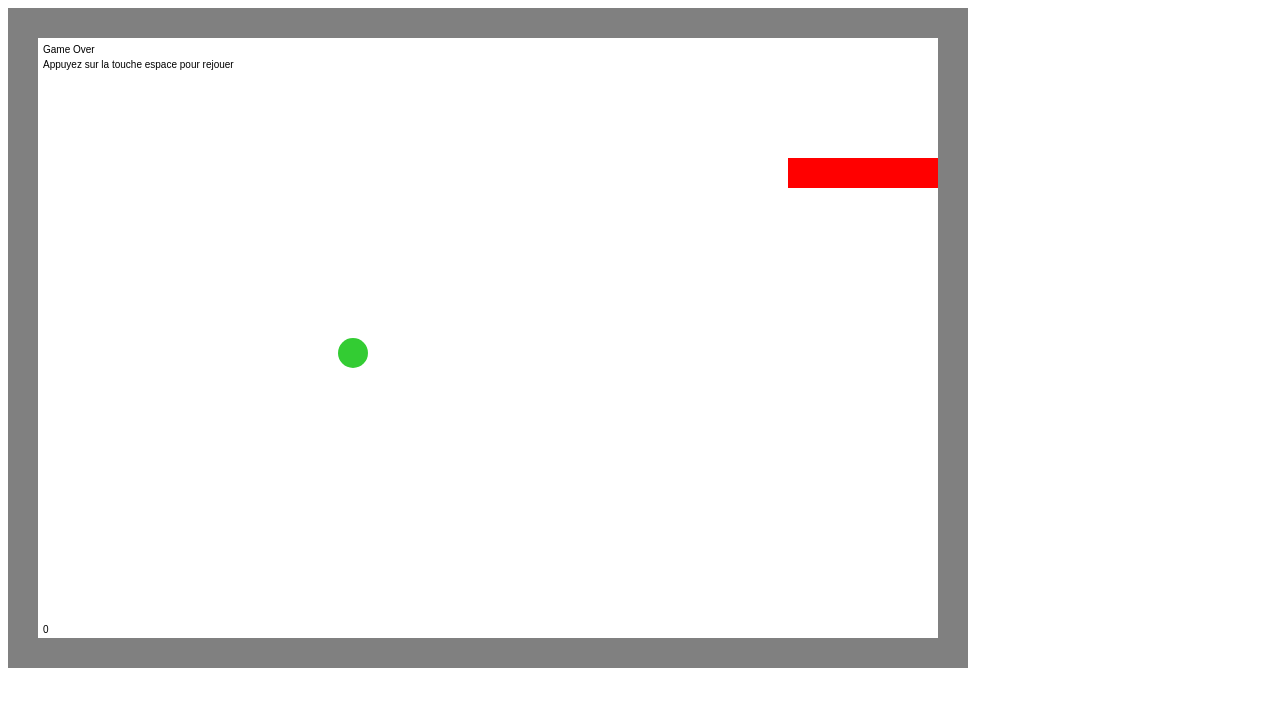
Repository: Loetitia27006/snake
Page: index.html
The author's editor kept a copy of each file at every save. The page is drawn from the files as they stood at one save, then again after the next save.
The browser window is 1280 px wide. The pictures show the whole page.

Above is the page before, as saved 2023-03-24 16:16:34.

### index.html
<!DOCTYPE html>
<html lang="en">
<head>
    <meta charset="UTF-8">
    <meta http-equiv="X-UA-Compatible" content="IE=edge">
    <meta name="viewport" content="width=device-width, initial-scale=1.0">
    <title>Snake Game</title>
</head>
<body>

</body>
<script src="script.js"></script>
</html>

### script.js
window.onload = function () {
  var canvasWidth = 900;
  var canvasHeight = 600;
  var blockSize = 30;
  var ctx;
  var delay = 100;
  var snakee;
  var applee;
  var widthInBlocks = canvasWidth/blockSize;
  var heightInBlocks = canvasHeight/blockSize;
  var score;

  init();

  function init() {
    var canvas = document.createElement("canvas");
    canvas.width = canvasWidth;
    canvas.height = canvasHeight;
    canvas.style.border = "30px solid gray";
    document.body.appendChild(canvas);
    ctx = canvas.getContext("2d");
    snakee = new Snake([[6, 4],[5, 4],[4, 4],[3, 4], [2, 4]], "right");
    applee = new Apple([10, 10]);
    score = 0;
    refreshCanvas();
  }

  function refreshCanvas() {
    snakee.advance();
    if(snakee.checkCollision()){
        gameOver();
    }else{
      if(snakee.isEatingApple(applee)){
        score++;
        snakee.ateApple = true;
        do{
          applee.setNewPosition();
        }while(applee.isOnSnake(snakee))
      }
      ctx.clearRect(0, 0, canvasWidth, canvasHeight);
      snakee.draw();
      applee.draw();
      drawScore();
      setTimeout(refreshCanvas, delay);
    }

  }
  function gameOver(){
    ctx.save();
    ctx.fillText("Game Over", 5, 15);
    ctx.fillText("Appuyez sur la touche espace pour rejouer",5 ,30)
    ctx.restore();
  }

  function restart(){
    snakee = new Snake(
      [
        [6, 4],
        [5, 4],
        [4, 4],
        [3, 4] ,
        [2, 4],
      ],
      "right"
    );
    applee = new Apple([10, 10]);
    score = 0;
    refreshCanvas();
  }

  function drawScore(){
    ctx.save();
    ctx.fillText(score.toString(), 5, canvasHeight -5);
  }

  function drawBlock(ctx, position){
    var x = position[0] * blockSize;
    var y = position[1] * blockSize;
    ctx.fillRect(x, y, blockSize, blockSize)
  }

  function Snake(body, direction) {
    this.body = body;
    this.direction = direction
    this.ateApple = false;
    this.draw = function () {
      ctx.save();
      ctx.fillStyle = "#ff0000";
      for (var i = 0; i < this.body.length; i++) {
        drawBlock(ctx, this.body[i]);
      }
      ctx.restore();
    };
    this.advance = function () {
        var nextPosition = this.body[0].slice();
        switch (this.direction) {
          case "left":
            nextPosition[0] -= 1;
            break;
          case "right":
            nextPosition[0] += 1;
            break;
          case "down":
            nextPosition[1] += 1;
            break;
          case "up":
            nextPosition[1] -= 1;
            break;
          default:
            throw("Invalid direction" + this.direction);
        }
        this.body.unshift(nextPosition);
        if(!this.ateApple)
          this.body.pop();
        else
          this.ateApple = false;
    };
    this.setDirection= function(newDirection) {
      var allowedDirection;
      switch (this.direction) {
        case "left":
        case "right":
          allowedDirection = ["up", "down"];
          break;
        case "down":
        case "up":
          allowedDirection = ["left", "right"];
          break;
        default:
          throw("invalid direction: " + this.direction);
      }
      if(allowedDirection.indexOf(newDirection)>-1){
        this.direction = newDirection;
      }
    }
    this.checkCollision = function(){
      var wallCollision = false;
      var snakeCollision = false;
      var head = this.body[0];
      var rest = this.body.slice(1);
      var snakeX = head[0];
      var snakeY = head[1];
      var minX = 0;
      var minY = 0;
      var maxX = widthInBlocks - 1;
      var maxY = heightInBlocks - 1;
      var isNotBetweenHorizontalWalls = snakeX < minX || snakeX > maxX;
      var isNotBetweenVerticalWalls = snakeY < minY || snakeY > maxY;

      if(isNotBetweenHorizontalWalls || isNotBetweenVerticalWalls) {
        wallCollision = true;
      }
      for(var i = 0; i < rest.length; i++) {
        if(snakeX === rest[i][0] && snakeY === rest[i][1]) {
          snakeCollision = true;
      }
    }
    return wallCollision || snakeCollision;
  };
  this.isEatingApple = function (appleToEat) {
    var head = this.body[0];
    if (
      head[0] === appleToEat.position[0] &&
      head[1] === appleToEat.position[1]
    ) {
      return true;
    } else {
      return false;
    }
  };
}
  function Apple(position){
    this.position = position;
    this.draw = function(){
      ctx.save();
      ctx.fillStyle = "#33cc33";
      var radius = blockSize/2;
      var x = this.position[0]*blockSize + radius;
      var y = this.position[1]*blockSize + radius;
      ctx.beginPath();
      ctx.arc(x, y, radius, 0, Math.PI*2, true);
      ctx.fill();
      ctx.restore();
    }
    this.setNewPosition = function(){
      var newX = Math.round(Math.random()*(widthInBlocks - 1));
      var newY = Math.round(Math.random()*(heightInBlocks - 1));
      this.position = [newX, newY];
    }
    this.isOnSnake = function(snakeToCheck){
      var isOnSnake = false;
      for(var i=0; i< snakeToCheck.body.length; i++){
        if (this.position[0]=== snakeToCheck.body[i][0] && this.position[1]=== snakeToCheck.body[i][1]){
          isOnSnake = true;
        }
      }
      return isOnSnake;
    }
  }

  document.onkeydown = function handleKeyDown(e) {
    var key = e.keyCode;
    var newDirection;
    switch (key) {
      case 37:
        newDirection = "left";
        break;
      case 38:
        newDirection = "up";
        break;
      case 39:
        newDirection = "right";
        break;
      case 40:
        newDirection = "down";
        break;
      case 32:
        restart();
        return;
      default:
        return;
    }
    snakee.setDirection(newDirection);
  };
};

After the next save:
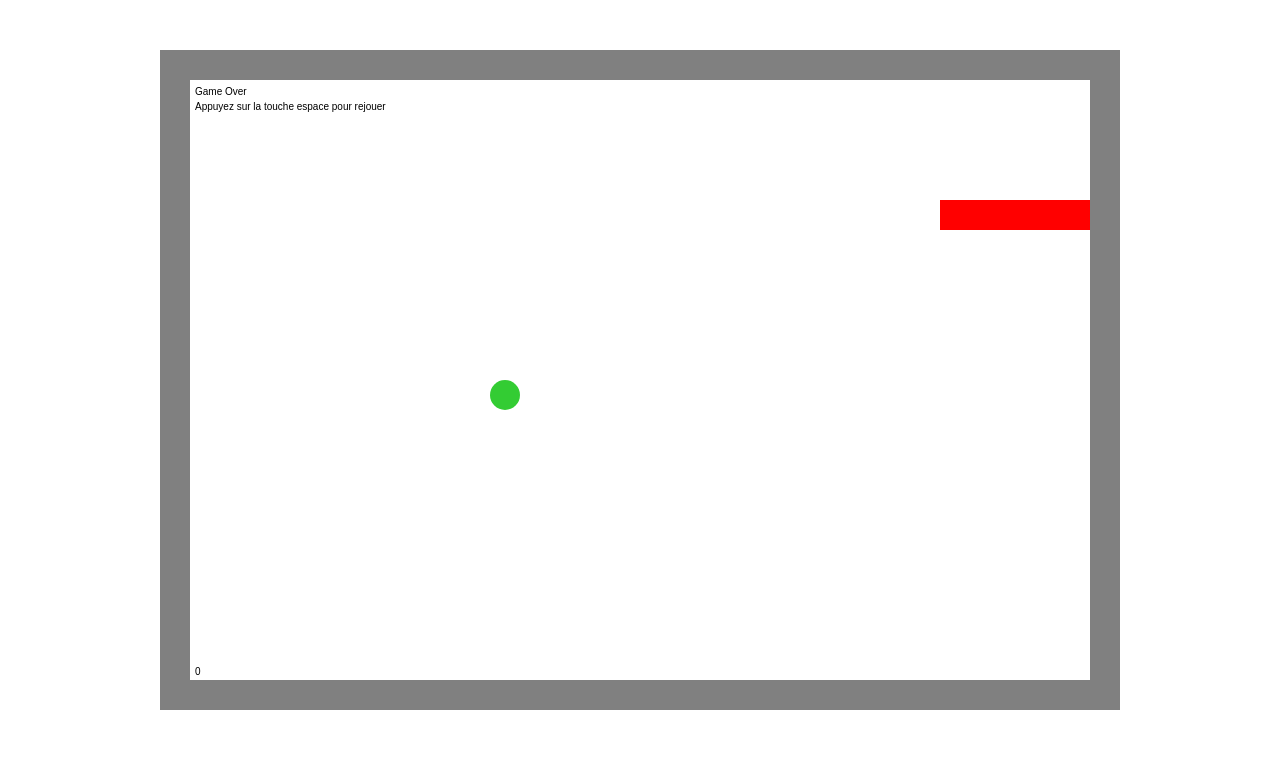
Saved 6 min 45 s later.
--- a/script.js
+++ b/script.js
@@ -17,6 +17,8 @@ window.onload = function () {
     canvas.width = canvasWidth;
     canvas.height = canvasHeight;
     canvas.style.border = "30px solid gray";
+    canvas.style.margin = "50px auto";
+    canvas.style.display = "block";
     document.body.appendChild(canvas);
     ctx = canvas.getContext("2d");
     snakee = new Snake([[6, 4],[5, 4],[4, 4],[3, 4], [2, 4]], "right");
